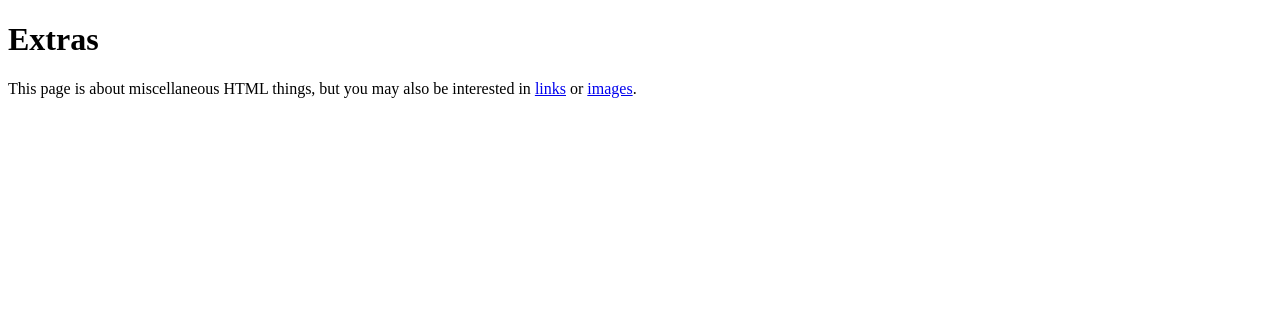
Repository: devinsheldon/CS-260
Page: CS260-F2022/environment/public_html/links-and-images/misc/extras.html
The author's editor kept a record of every edit. The page is drawn from the files as they stood at one moment, then again after the next edit.
The browser window is 1280 px wide. The pictures show the whole page.

Above is the page before.

After the next edit:
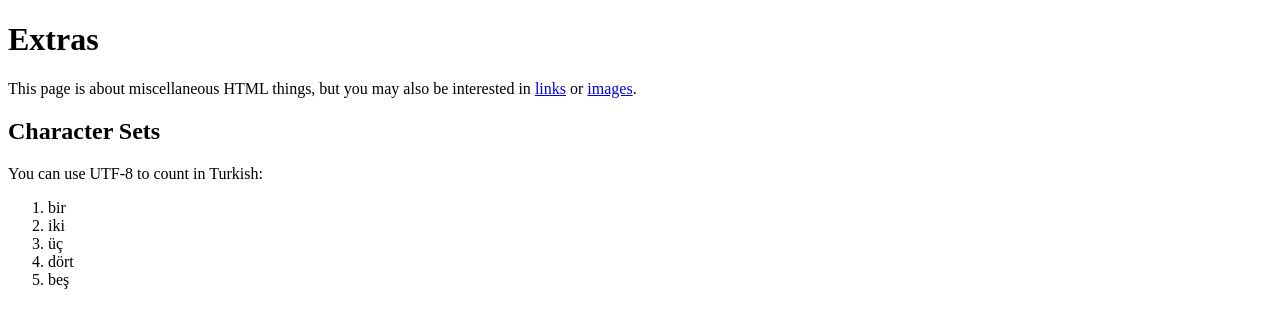
The edit:
--- a/CS260-F2022/environment/public_html/links-and-images/misc/extras.html
+++ b/CS260-F2022/environment/public_html/links-and-images/misc/extras.html
@@ -9,5 +9,16 @@
     <p>This page is about miscellaneous HTML things, but you may
       also be interested in <a href='../links.html'>links</a> or
       <a href='../images.html'>images</a>.</p>
+
+      <h2>Character Sets</h2>
+      <p>You can use UTF-8 to count in Turkish:</p>
+      <ol>
+        <li>bir</li>
+        <li>iki</li>
+        <li>üç</li>
+        <li>dört</li>
+        <li>beş</li>
+      </ol>
+
   </body>
 </html>
